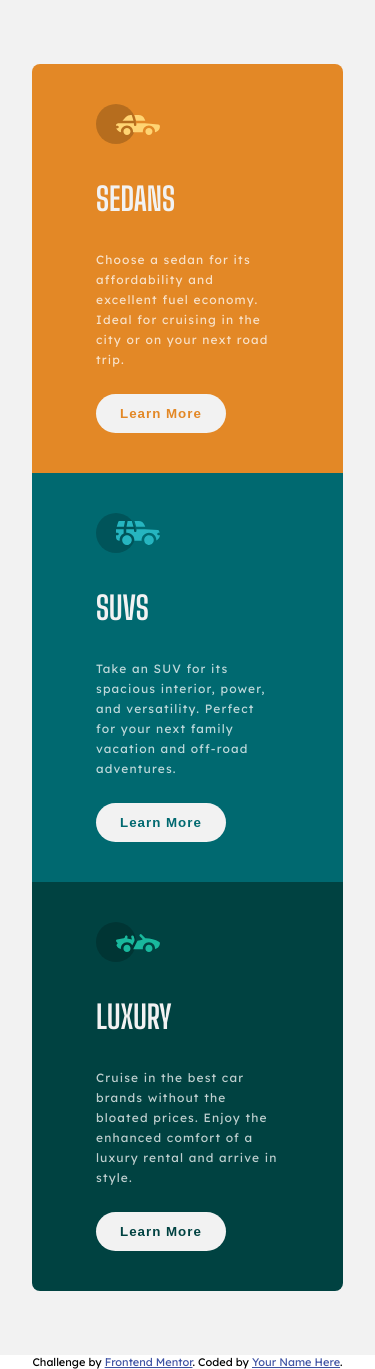
Repository: PratypartyY2K/frontendmentor-challenges
Page: 3-column-card/index.html
An editor plug-in stored every save of this project. The page is shown before and after the next save, followed by the edit.
The browser window is 375 px wide. The pictures show the whole page.

Above is the page before, as saved 2021-07-14 12:00:20.

### 3-column-card/index.html
<!DOCTYPE html>
<html lang="en">
  <head>
    <meta charset="UTF-8" />
    <meta name="viewport" content="width=device-width, initial-scale=1.0" />
    <!-- displays site properly based on user's device -->

    <link
      rel="icon"
      type="image/png"
      sizes="32x32"
      href="./images/favicon-32x32.png"
    />

    <!--font-->
    <link rel="preconnect" href="https://fonts.googleapis.com" />
    <link rel="preconnect" href="https://fonts.gstatic.com" crossorigin />
    <link
      href="https://fonts.googleapis.com/css2?family=Big+Shoulders+Display:wght@700&display=swap"
      rel="stylesheet"
    />
    <link
      href="https://fonts.googleapis.com/css2?family=Lexend+Deca&display=swap"
      rel="stylesheet"
    />

    <title>Frontend Mentor | 3-column preview card component</title>

    <link rel="stylesheet" href="style.css" />
  </head>
  <body>
    <div class="card-wrapper">
      <div class="col-1">
        <img src="images/icon-sedans.svg" class="icon" />
        <h3>Sedans</h3>
        <div class="card-content">
          Choose a sedan for its affordability and excellent fuel economy. Ideal
          for cruising in the city or on your next road trip.
        </div>
        <button class="btn-1">Learn More</button>
      </div>
      <div class="col-2">
        <img src="images/icon-suvs.svg" class="icon" />
        <h3>SUVs</h3>
        <div class="card-content">
          Take an SUV for its spacious interior, power, and versatility. Perfect
          for your next family vacation and off-road adventures.
        </div>
        <button class="btn-2">Learn More</button>
      </div>
      <div class="col-3">
        <img src="images/icon-luxury.svg" class="icon" />
        <h3>Luxury</h3>
        <div class="card-content">
          Cruise in the best car brands without the bloated prices. Enjoy the
          enhanced comfort of a luxury rental and arrive in style.
        </div>
        <button class="btn-3">Learn More</button>
      </div>
    </div>

    <div class="attribution">
      Challenge by
      <a href="https://www.frontendmentor.io?ref=challenge" target="_blank"
        >Frontend Mentor</a
      >. Coded by <a href="#">Your Name Here</a>.
    </div>
  </body>
</html>

### 3-column-card/style.css
:root {
    --primary-orange: hsl(31, 77%, 52%);
    --primary-cyan: hsl(184, 100%, 22%);
    --primary-dark-cyan: hsl(179, 100%, 13%);
    --neutral-white: hsla(0, 0%, 100%, 0.75);
    --neutral-gray: hsl(0, 0%, 95%);
    --col-padding: 2.5rem 4rem;
}

@media only screen and (max-width: 600px) {
    body {
        margin: 0;
        font-family: 'Lexend Deca', sans-serif;
    }

    .card-wrapper {
        background-color: var(--neutral-gray);
        display: flex;
        flex-direction: column;
        padding: 4rem 2rem;
    }

    .col-1 {
        background-color: var(--primary-orange);
        border-radius: 8px 8px 0 0;
        padding: var(--col-padding);
    }

    .col-2 {
        background-color: var(--primary-cyan);
        padding: var(--col-padding);
    }

    .col-3 {
        background-color: var(--primary-dark-cyan);
        border-radius: 0 0 8px 8px;
        padding: var(--col-padding);
    }

    h3 {
        color: var(--neutral-gray);
        font-size: 2rem;
        font-family: 'Big Shoulders Display', cursive;
        font-weight: 700;
        text-transform: uppercase;

    }

    .card-content {
        font-size: 0.75rem;
        color: var(--neutral-white);
        line-height: 1.25rem;
        margin-bottom: 1.5rem;
        letter-spacing: 1.15px;
    }

    button {
        background-color: var(--neutral-gray);
        padding: 0.75rem 1.5rem;
        border: none;
        border-radius: 25px;
        outline-style: none;
        letter-spacing: 1px;
        font-weight: 700;
    }

    .btn-1 {
        color: var(--primary-orange);
    }

    .btn-2 {
        color: var(--primary-cyan);
    }

    .btn-3 {
        color: var(--primary-dark-cyan);
    }
}

.attribution {
    font-size: 11px;
    text-align: center;
}
.attribution a {
    color: hsl(228, 45%, 44%);
}

After the next save:
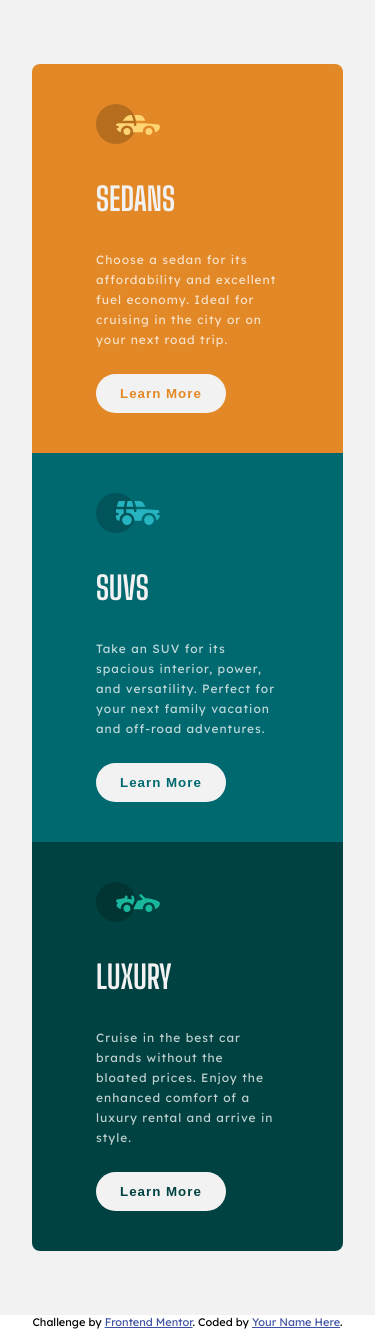
Saved 8 s later.
--- a/3-column-card/style.css
+++ b/3-column-card/style.css
@@ -51,7 +51,7 @@
         color: var(--neutral-white);
         line-height: 1.25rem;
         margin-bottom: 1.5rem;
-        letter-spacing: 1.15px;
+        letter-spacing: 1px;
     }
 
     button {
